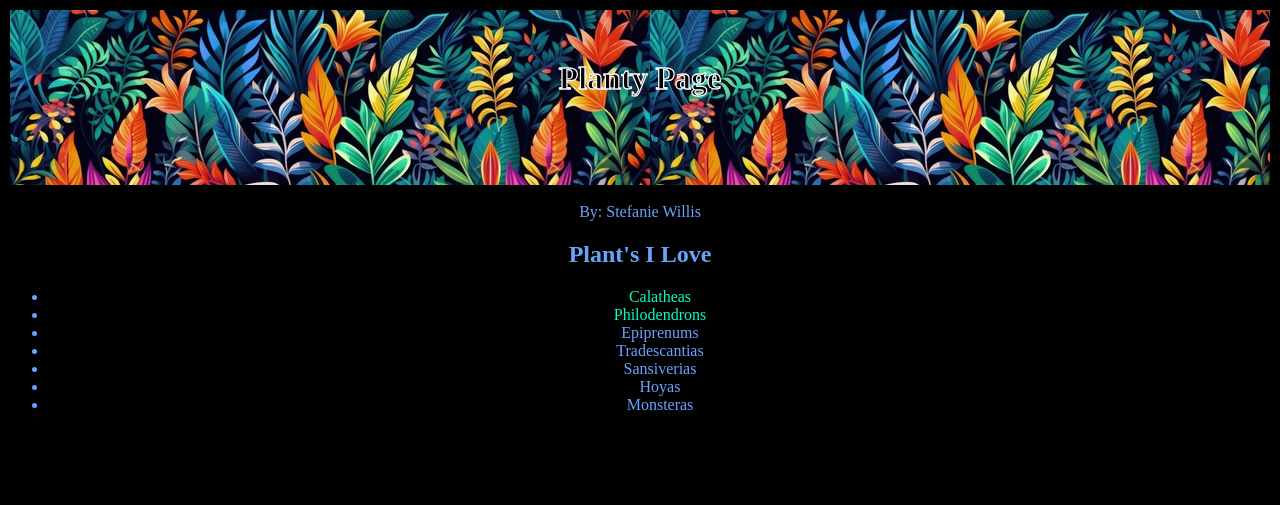
Repository: swillis91/odin-recipies
Page: Planty Page/index.html
An editor plug-in stored every save of this project. The page is shown before and after the next save, followed by the edit.
The browser window is 1280 px wide. The pictures show the whole page.

Above is the page before, as saved 2023-08-11 23:33:41.

After the next save:
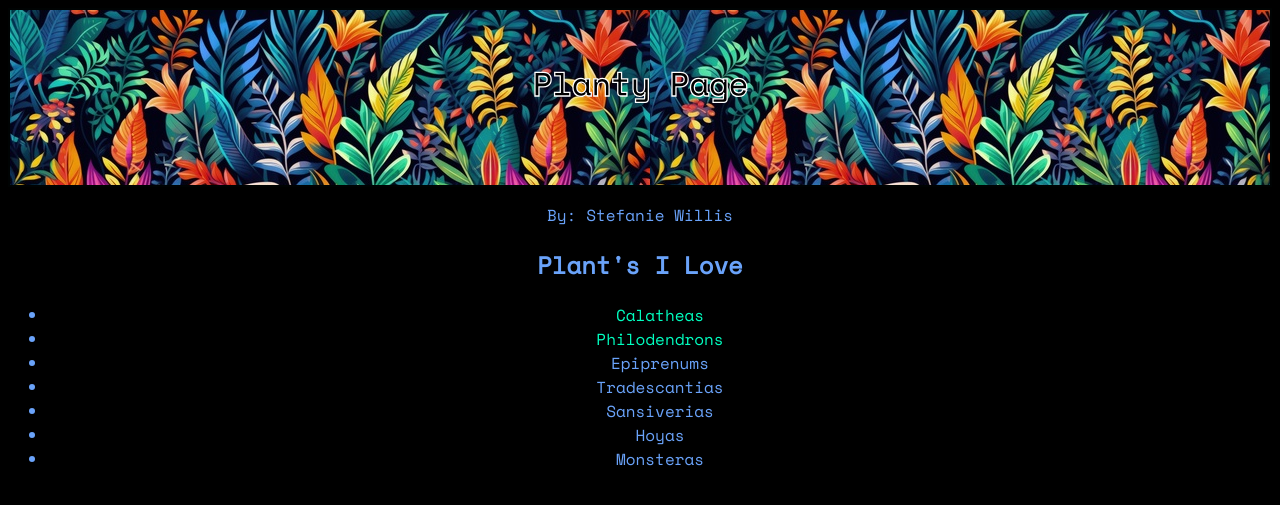
Saved 27 s later.
--- a/Planty Page/style.css
+++ b/Planty Page/style.css
@@ -2,7 +2,8 @@ body{
     background-color: rgb(0, 0, 0);
     color:rgb(106, 163, 250);
     text-align: center;
-    font-family:;
+    font-family: 'Permanent Marker', cursive;
+    font-family: 'Space Mono', monospace;
 }
 
 .heading{
